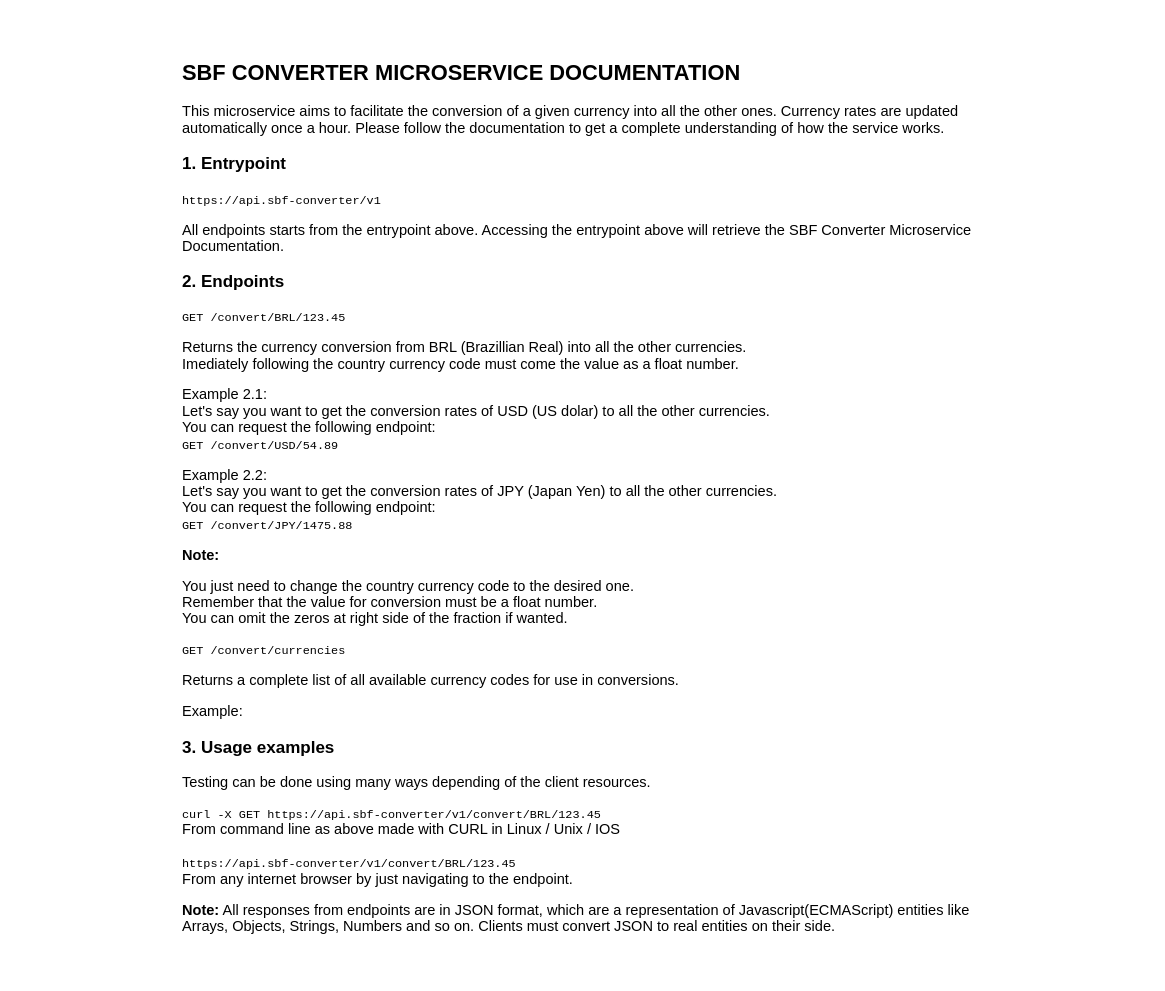
Repository: miguelamello/nestjs-restful-api
Page: documentation.html
These files come from the project's save history. The page is drawn as it stood at one moment and after a run of saves; the edit follows.
The browser window is 1280 px wide. The pictures show the whole page, at 91% of full size.

Above is the page before, as saved 2023-03-21 22:46:56.

### documentation.html
<!DOCTYPE html>
<html lang="en">
<head>
  <meta charset="UTF-8">
  <meta http-equiv="X-UA-Compatible" content="IE=edge">
  <meta name="viewport" content="width=device-width, initial-scale=1.0">
  <title>SBF Converter Documentation</title>
  <style>
    body {
      font-family: Arial, Helvetica, sans-serif;
      padding: 3% 15%;
    }
  </style>
</head>
<body>
  <h2>SBF CONVERTER MICROSERVICE DOCUMENTATION</h2>
  <p>
    This microservice aims to facilitate the conversion of a given currency
    into all the other ones. Currency rates are updated automatically once a hour.
    Please follow the documentation to get a complete understanding of how the service works.
  </p>

  <h3>1. Entrypoint</h3>
  <code>https://api.sbf-converter/v1</code>
  <p>
    All endpoints starts from the entrypoint above. Accessing the entrypoint
    above will retrieve the SBF Converter Microservice Documentation.
  </p>

  <h3>2. Endpoints</h3>
  <p>
    <code>GET /convert/BRL/123.45</code>
    <div>Returns the currency conversion from BRL (Brazillian Real) into all the other currencies.</div>
    <div>Imediately following the country currency code must come the value as a float number.</div>

    <p>
      <div>Example 2.1:</div>
      <div>Let's say you want to get the conversion rates of USD (US dolar) to all the other currencies.</div>
      <div>You can request the following endpoint:</div>
      <code>GET /convert/USD/54.89</code>
    </p>

    <p>
      <div>Example 2.2:</div>
      <div>Let's say you want to get the conversion rates of JPY (Japan Yen) to all the other currencies.</div>
      <div>You can request the following endpoint:</div>
      <code>GET /convert/JPY/1475.88</code>
    </p>

    <p>
      <b>Note:</b>
      <div>You just need to change the country currency code to the desired one.</div>
      <div>Remember that the value for conversion must be a float number.</div>
      <div>You can omit the zeros at right side of the fraction if wanted.</div>
    </p>
  </p>

  <p>
    <code>GET /convert/currencies</code>
    <div>Returns a complete list of all available currency codes for use in conversions.</div>

    <p>Example:</p>
  </p>

  <h3>3. Usage examples</h3>

  <p>Testing can be done using many ways depending of the client resources.</p>

  <code>curl -X GET https://api.sbf-converter/v1/convert/BRL/123.45</code>
  <div>From command line as above made with CURL in Linux / Unix / IOS</div>
  <br>
  <code>https://api.sbf-converter/v1/convert/BRL/123.45</code>
  <div>From any internet browser by just navigating to the endpoint.</div>

  <p>
    <b>Note:</b> All responses from endpoints are in JSON format, which are a
    representation of Javascript(ECMAScript) entities like Arrays, Objects,
    Strings, Numbers and so on. Clients must convert JSON to real entities
    on their side.
  </p>

</body>
</html>

After the next 2 saves:
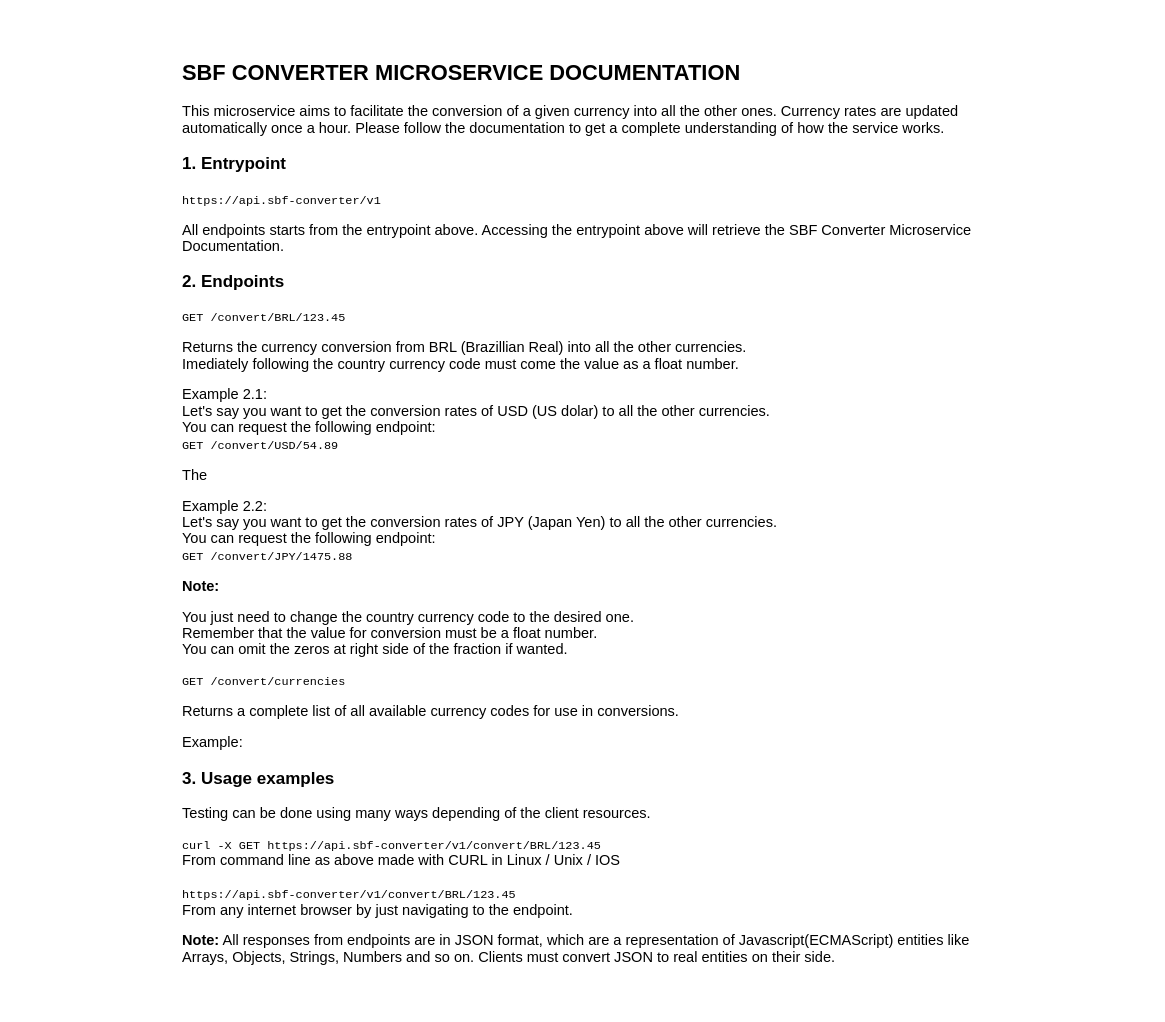
The 2 saves are shown as one change because they came seconds apart.
The last was saved 3 min 32 s later.
--- a/documentation.html
+++ b/documentation.html
@@ -40,6 +40,8 @@
       <code>GET /convert/USD/54.89</code>
     </p>
 
+    <p>The </p>
+
     <p>
       <div>Example 2.2:</div>
       <div>Let's say you want to get the conversion rates of JPY (Japan Yen) to all the other currencies.</div>
